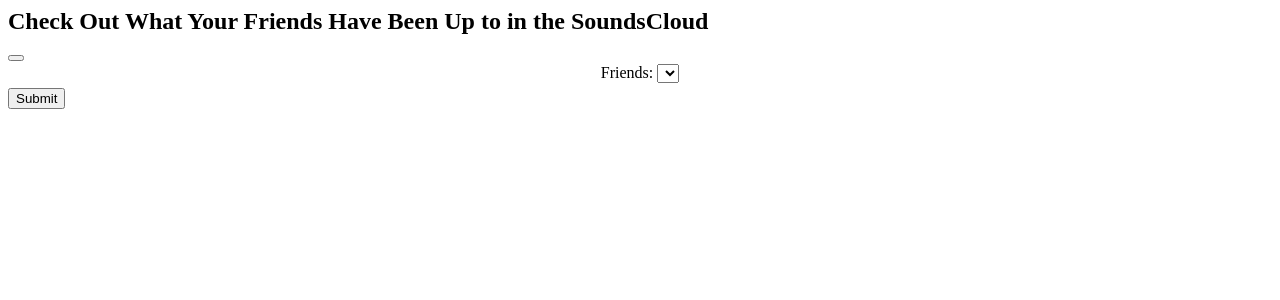
Repository: jaymccrey/wichacks2017
Page: http://localhost/Yan-Test/my_friends.php
The author's editor kept a record of every edit. The page is drawn from the files as they stood at one moment, then again after the next edit.
The browser window is 1280 px wide. The pictures show the whole page.
The page is run by PHP 8.4 with error messages shown; the project is at /var/www/html/. Queries for data that is not in the repository find no rows.

Above is the page before.

After the next edit:
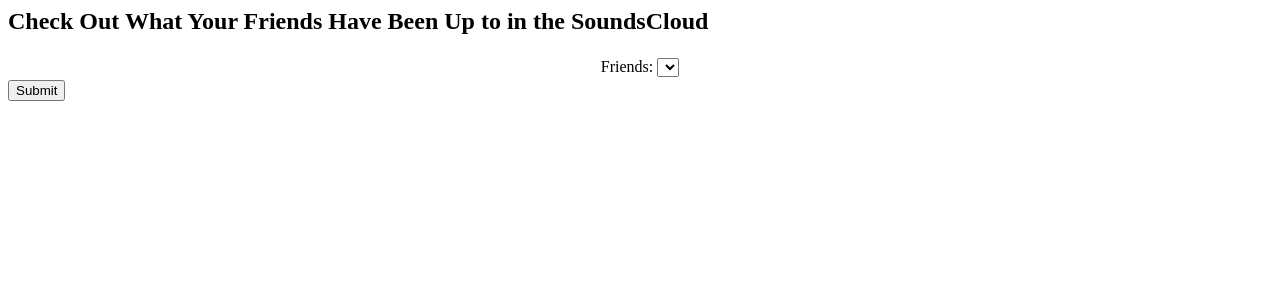
The edit:
--- a/Yan-Test/my_friends.php
+++ b/Yan-Test/my_friends.php
@@ -40,10 +40,7 @@
 			  </td>
 			  </tr>
 			  <input type='hidden' name='person' value="$friends" />
-			  <tr>
 
-			  	<button ></button>
-			  </tr>
 			  	</table>
 
 
